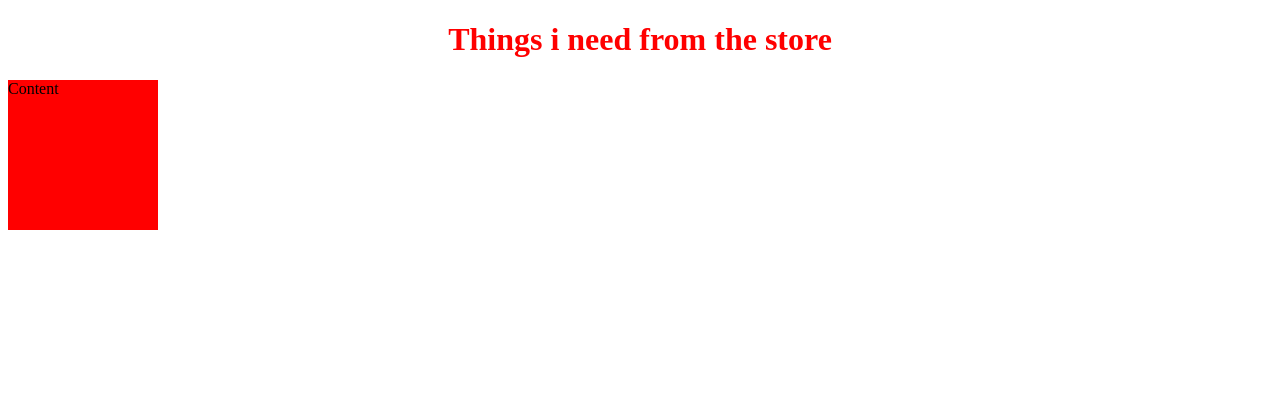
Repository: TheTroyPhillips/Block14
Page: Coursework/Block06/index.html
The author's editor kept a copy of each file at every save. The page is drawn from the files as they stood at one save, then again after the next save.
The browser window is 1280 px wide. The pictures show the whole page.

Above is the page before, as saved 2023-08-29 17:16:48.

### Coursework/Block06/index.html
<!DOCTYPE html>
<html lang="en">
<head>
    <meta charset="UTF-8">
    <meta name="viewport" content="width=device-width, initial-scale=1.0">
    <title>Troy's Grocery List</title>
    <link rel="stylesheet" href="styles.css">
</head>
<body>
    <h1> Things i need from the store</h1>
    <div class="Box Red"> Content </div>


</body>
</html>

### Coursework/Block06/styles.css
h1 {
    color: red;
    text-align: center;
}
.Box{
    width: 150px;
    height:150px;
    color: black;
    background-color: aqua;
}
.Red{
    background-color: red;
}

After the next save:
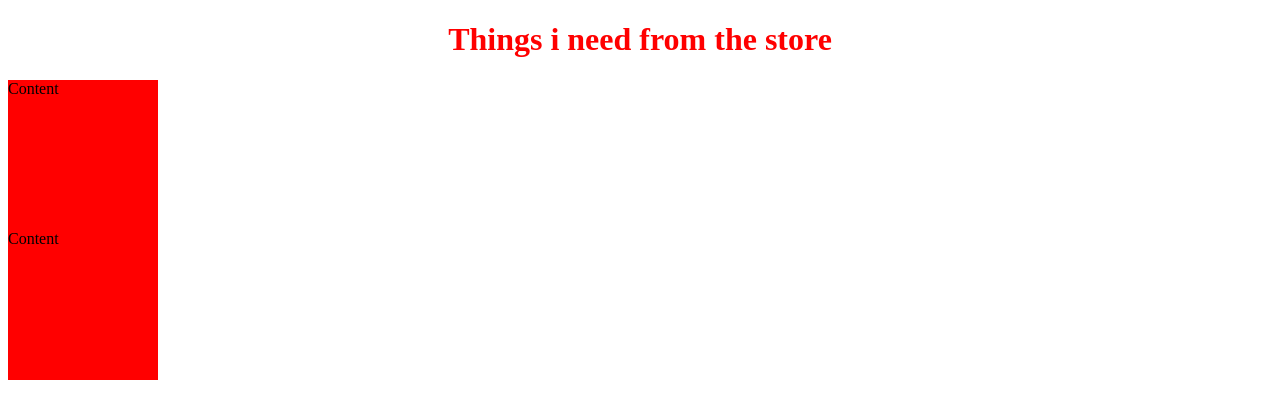
Saved 15 s later.
--- a/Coursework/Block06/index.html
+++ b/Coursework/Block06/index.html
@@ -9,6 +9,7 @@
 <body>
     <h1> Things i need from the store</h1>
     <div class="Box Red"> Content </div>
+    <div class="Box Red"> Content </div>
 
 
 </body>
